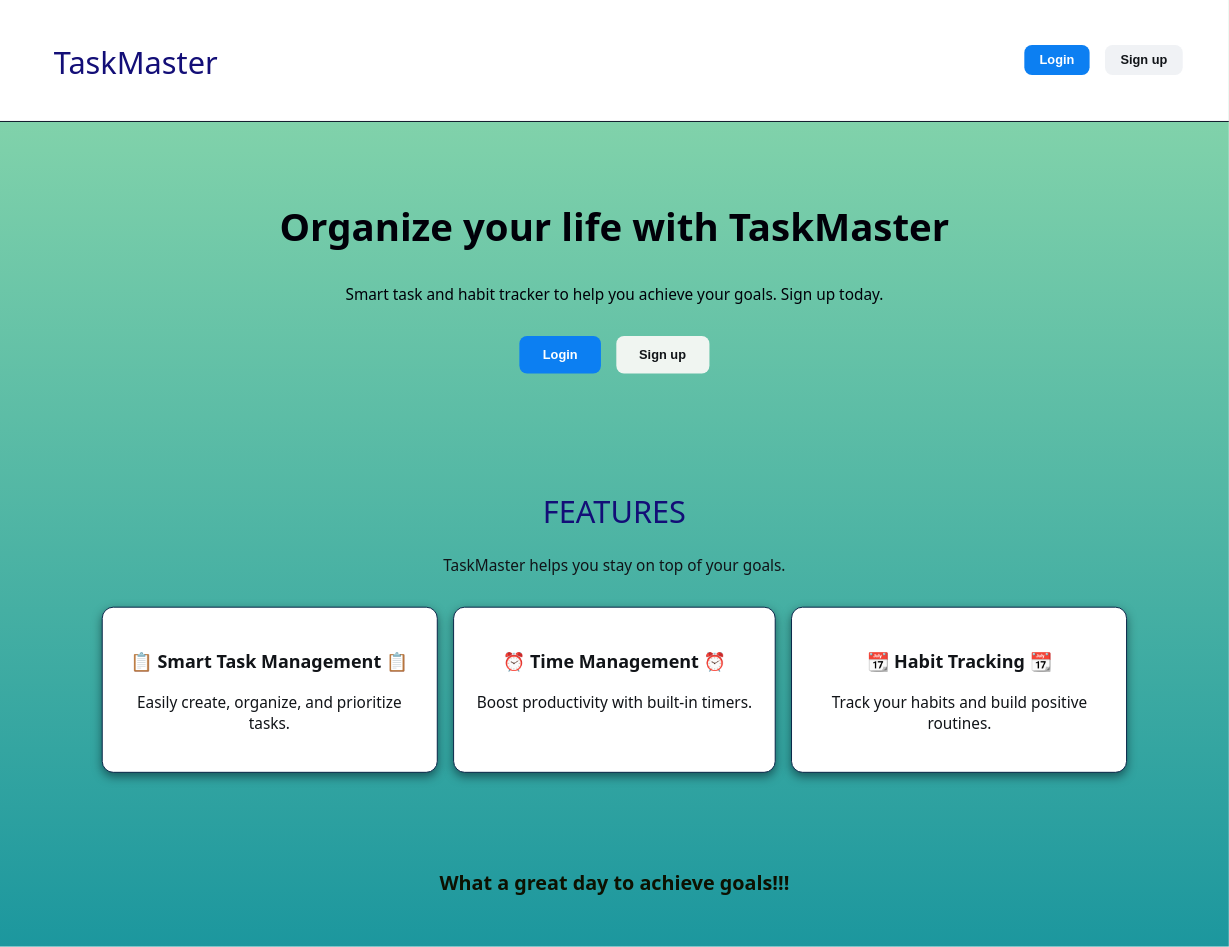
Repository: RachelB9913/smart-task-and-habit-tracker
Page: /
The author's editor kept a copy of each file at every save. The page is drawn from the files as they stood at one save, then again after the next save.
The browser window is 1280 px wide. The pictures show the whole page, at 96% of full size.
The project was rebuilt for these pictures with package versions that can differ from the ones it lists, and the page was loaded fresh each time. Also part of the build but not shown: src/services/api.js, src/components/Login.js, src/components/Auth.css, src/components/Register.js.

Above is the page before, as saved 2025-06-18 17:45:05.

After the next save:
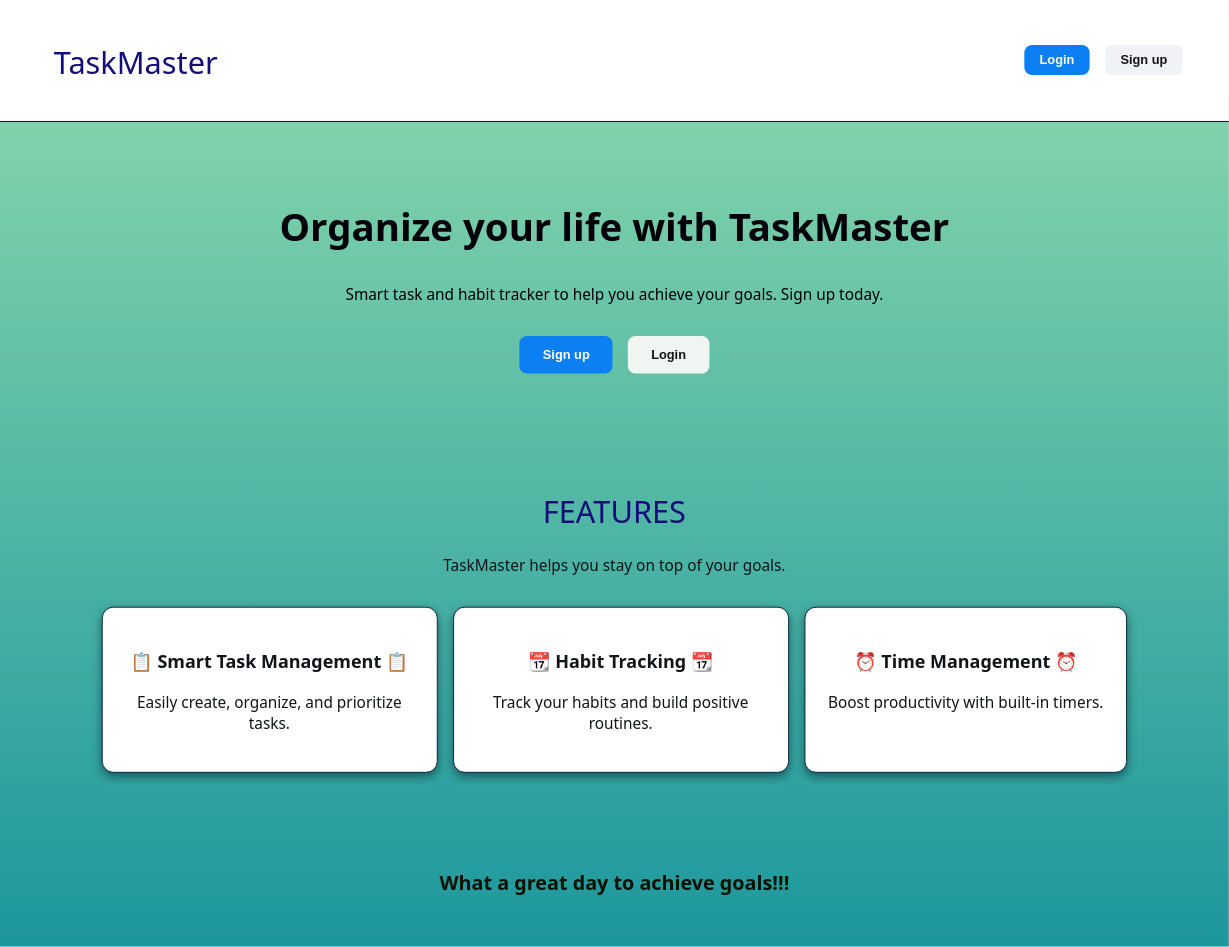
Saved 47 s later.
--- a/src/components/welcome.js
+++ b/src/components/welcome.js
@@ -1,12 +1,16 @@
 import { useNavigate } from 'react-router-dom';
 import '../App.css'; // Or create a new Welcome.css if preferred
-import { useRef, useState } from "react";
+import { useRef, useState, useEffect } from "react";
 import PageWrapper from './PageWrapper';
 
 
 
 export default function Welcome() {
   const navigate = useNavigate();
+
+  useEffect(() => {
+    document.title = "Welcome to TaskMaster";
+  }, []);
 
   return (
     <PageWrapper direction="down">
@@ -26,8 +30,8 @@ export default function Welcome() {
         <h1>Organize your life with TaskMaster</h1>
         <p>Smart task and habit tracker to help you achieve your goals. Sign up today.</p>
         <div className="hero-actions">
+          <button onClick={() => navigate('/register')}>Sign up</button>
           <button onClick={() => navigate('/login')}>Login</button>
-          <button onClick={() => navigate('/register')}>Sign up</button>
         </div>
       </section>
 
@@ -40,12 +44,12 @@ export default function Welcome() {
             <p>Easily create, organize, and prioritize tasks.</p>
           </div>
           <div className="feature-card">
+            <h3>📆 Habit Tracking 📆</h3>
+            <p>Track your habits and build positive routines.</p>
+          </div>
+          <div className="feature-card">
             <h3>⏰ Time Management ⏰</h3>
             <p>Boost productivity with built-in timers.</p>
-          </div>
-          <div className="feature-card">
-            <h3>📆 Habit Tracking 📆</h3>
-            <p>Track your habits and build positive routines.</p>
           </div>
         </div>
       </section>
